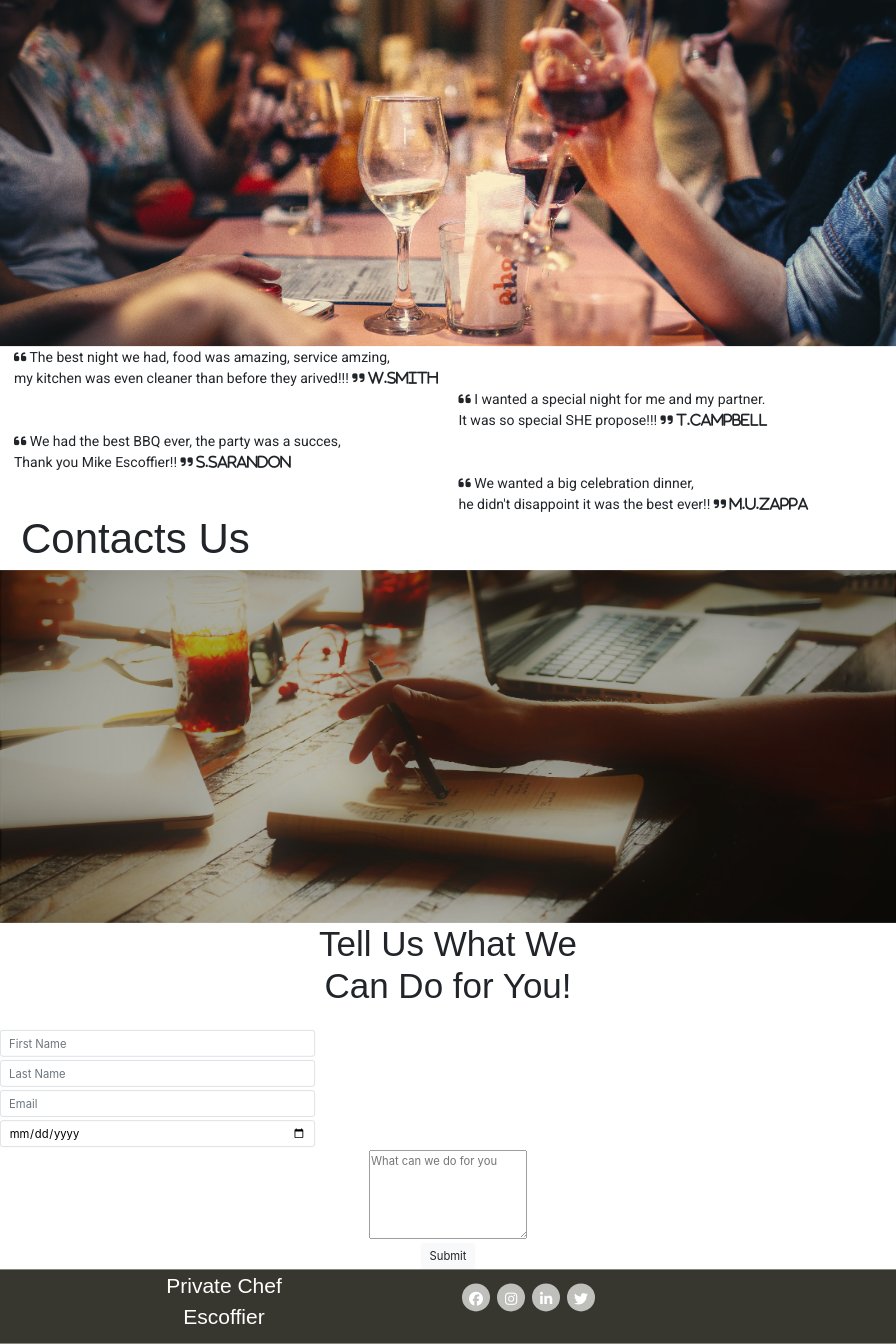
Repository: Mrsebastino/First-Milestone
Page: index.html
The author's editor kept a record of every edit. The page is drawn from the files as they stood at one moment, then again after the next edit.
The browser window is 1280 px wide. The pictures show the part of the page from y = 2268 to 4188 px (the page is 4188 px tall), at 70% of full size.
Backgrounds fixed to the window are drawn as part of the page. Some web fonts or font styles are not loaded; a fallback is used. Some web libraries are served in a nearby version.

Above is the page before.

After the next edit:
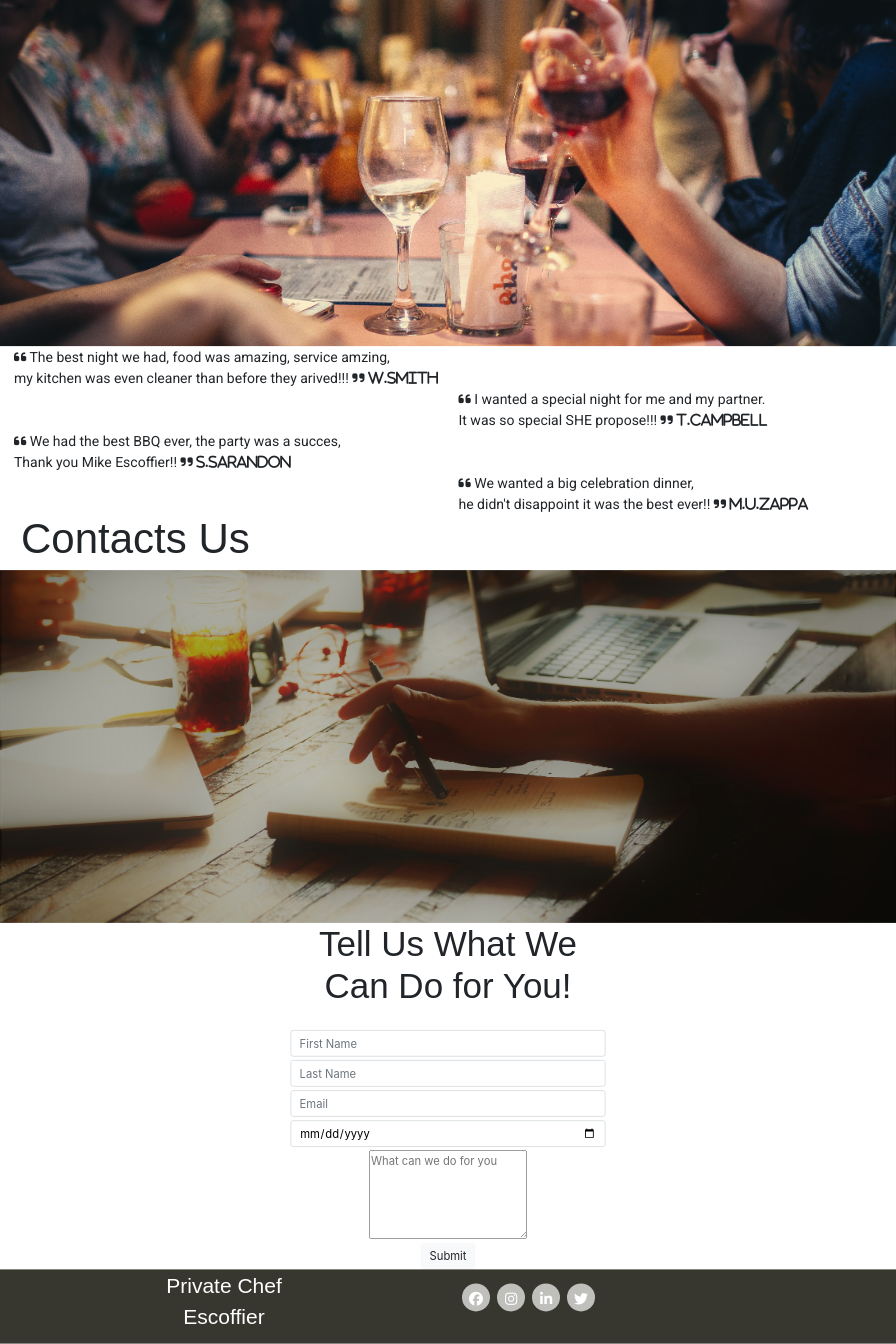
The edit:
--- a/assets/css/style.css
+++ b/assets/css/style.css
@@ -209,6 +209,11 @@
 
 .contact-form-section {
     background-color: #fffff;
+}
+
+#contact-form {
+    text-align: center;
+    display: inline-grid;
 }
 
 .col {
